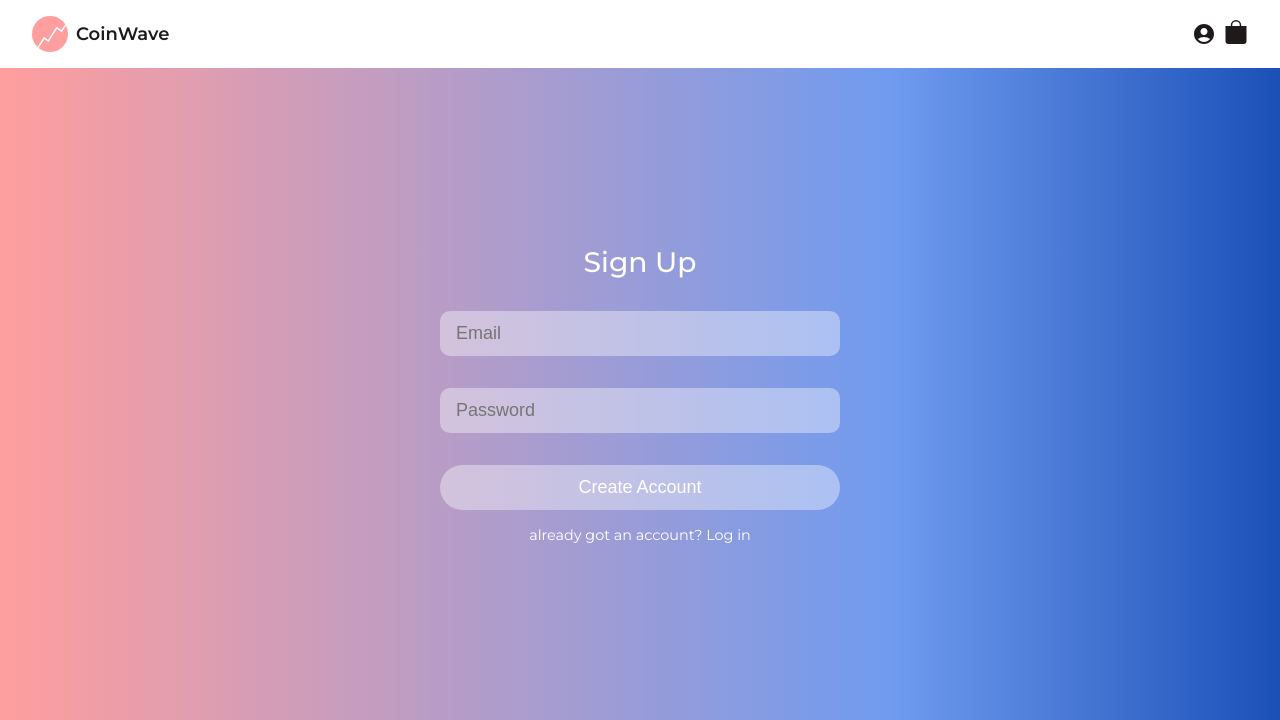
Repository: David-Waite/CoinWave
Page: /SignUp
An editor plug-in stored every save of this project. The page is shown before and after the next save, followed by the edit.
The browser window is 1280 px wide. The pictures show the whole page.
The project was rebuilt for these pictures with package versions that can differ from the ones it lists, and the page was loaded fresh each time. The framework's server and built-in components were replaced by stand-ins that run in the browser. Also part of the build but not shown: next.config.js, app/components/Footer/Footer.module.css, app/components/Footer/Footer.js.

Above is the page before, as saved 2023-10-09 11:08:36.

After the next save:
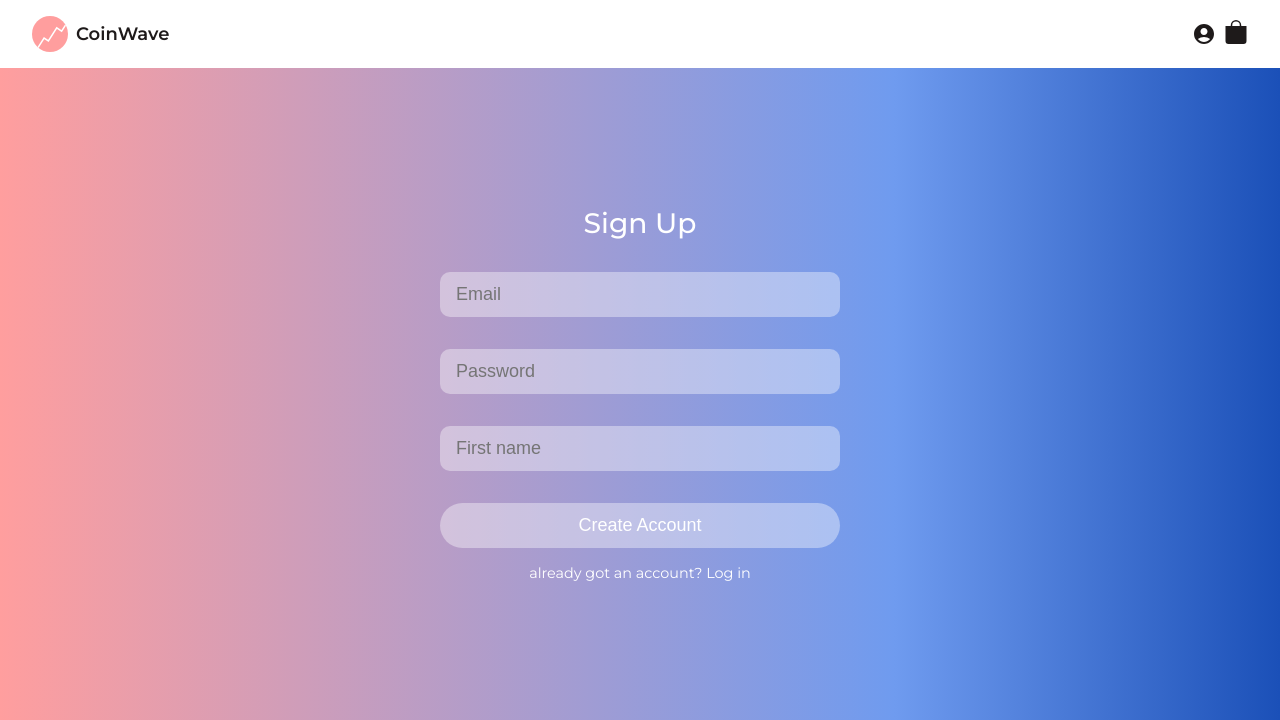
Saved 3 h 40 min later.
--- a/app/SignUp/page.js
+++ b/app/SignUp/page.js
@@ -62,6 +62,14 @@ export default function SignUp() {
           name="password"
           value={formData.password}
         />
+        <input
+          className={styles.password}
+          type="firstName"
+          placeholder="First name"
+          onChange={handleChange}
+          name="firstName"
+          value={formData.firstName}
+        />
 
         <button className={styles.loginBtn}>Create Account</button>
         <Link className={styles.login} href={"/login"}>
